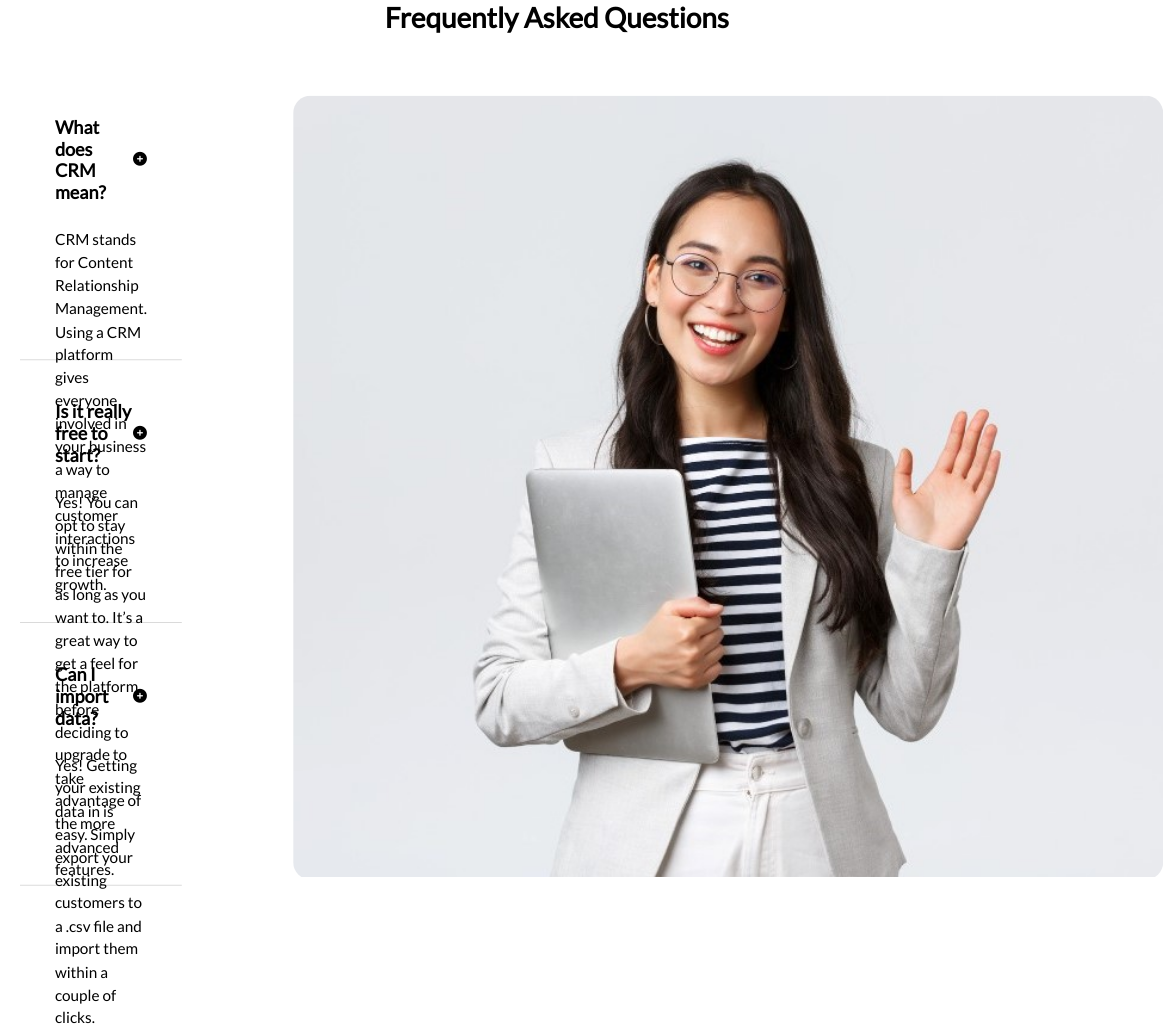
Repository: emiliaiwu/faq_component
Page: index.html
These files come from the project's save history. The page is drawn as it stood at one moment and after the next save; the edit follows.
The browser window is 1280 px wide. The page is 1337 px wide, then 1280 px, so the pictures cover 1337 px, including what lies to the right of the window. The pictures show the whole page, at 87% of full size.
Some web libraries are served in a nearby version.

Above is the page before, as saved 2022-12-13 16:22:26.

After the next save:
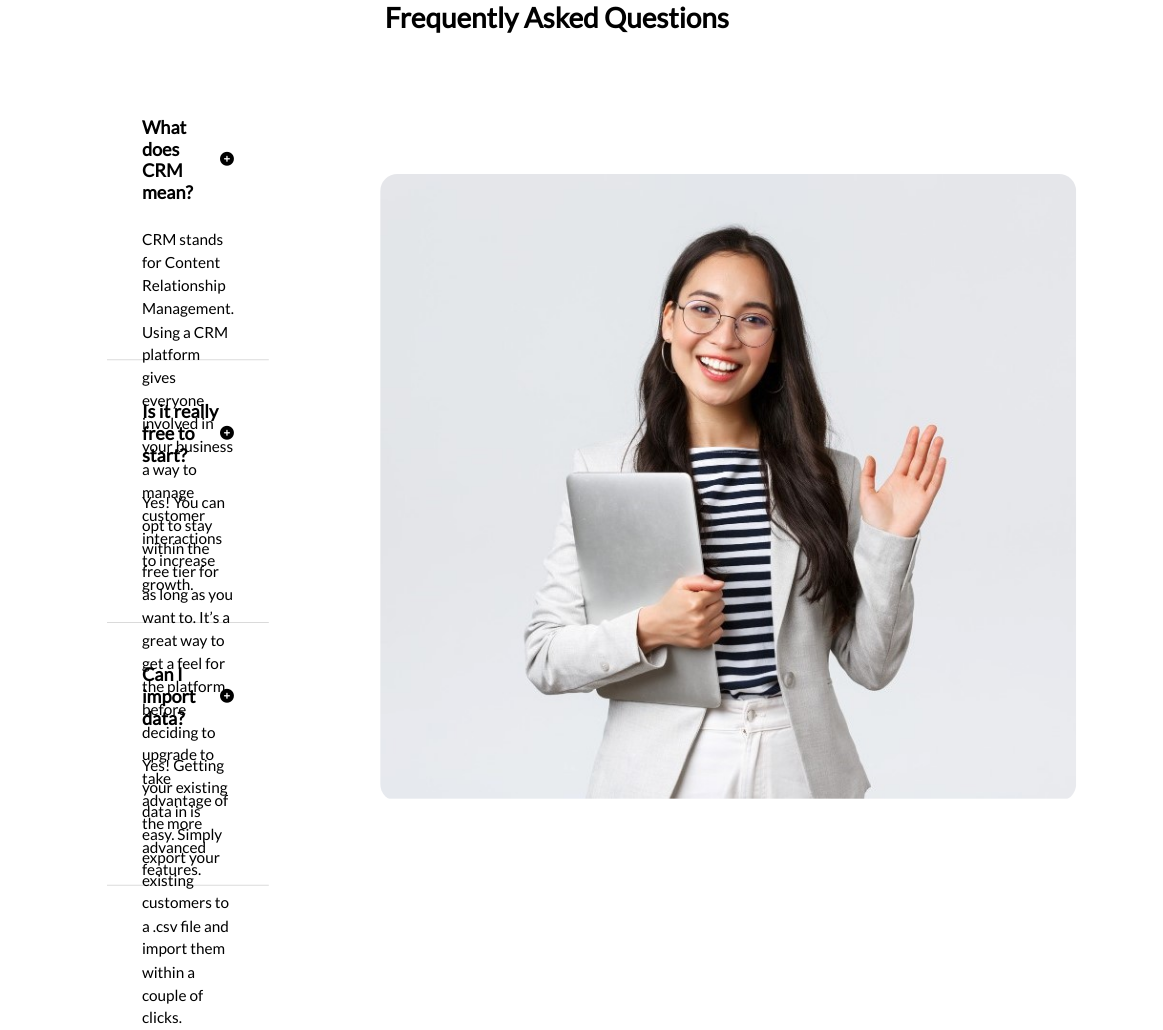
Saved 13 s later.
--- a/style.css
+++ b/style.css
@@ -53,7 +53,7 @@ p {
 }
 
 .faq_image {
-    min-width: 1000px;
+    min-width: 800px;
     /* width: 100%; */
     border-radius: 20px;
     overflow: hidden;
